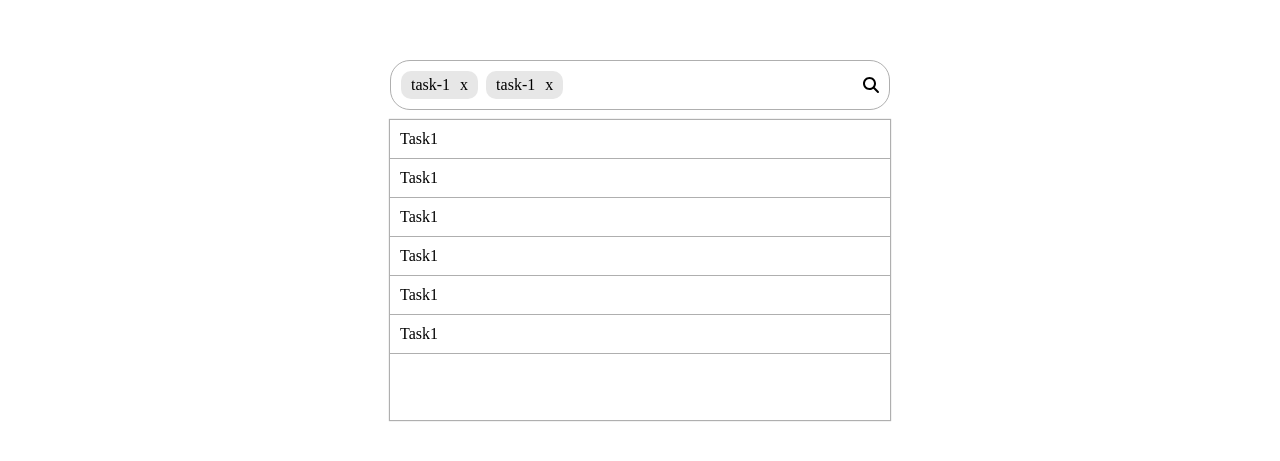
Repository: OkazakiTruong/selectOption
Page: /
These files come from the project's save history. The page is drawn as it stood at one moment and after the next save; the edit follows.
The browser window is 1280 px wide. The pictures show the whole page.
The project was rebuilt for these pictures with package versions that can differ from the ones it lists, and the page was loaded fresh each time. Also part of the build but not shown: vite.config.js.

Above is the page before, as saved 2024-01-17 22:16:03.

After the next save:
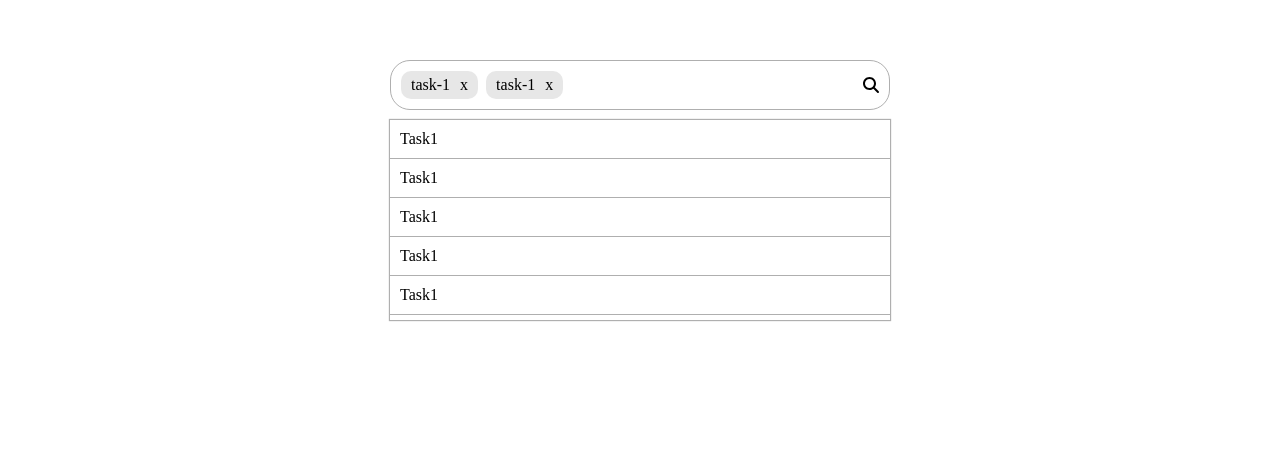
Saved 7 s later.
--- a/src/SelectBox/selectbox.css
+++ b/src/SelectBox/selectbox.css
@@ -41,7 +41,7 @@
 .select-option {
   margin-top: 10px;
   box-shadow: 0px 0px 1px 1px #afafaf;
-  height: 300px;
+  height: 200px;
   overflow: auto;
 }
 .option-item {
